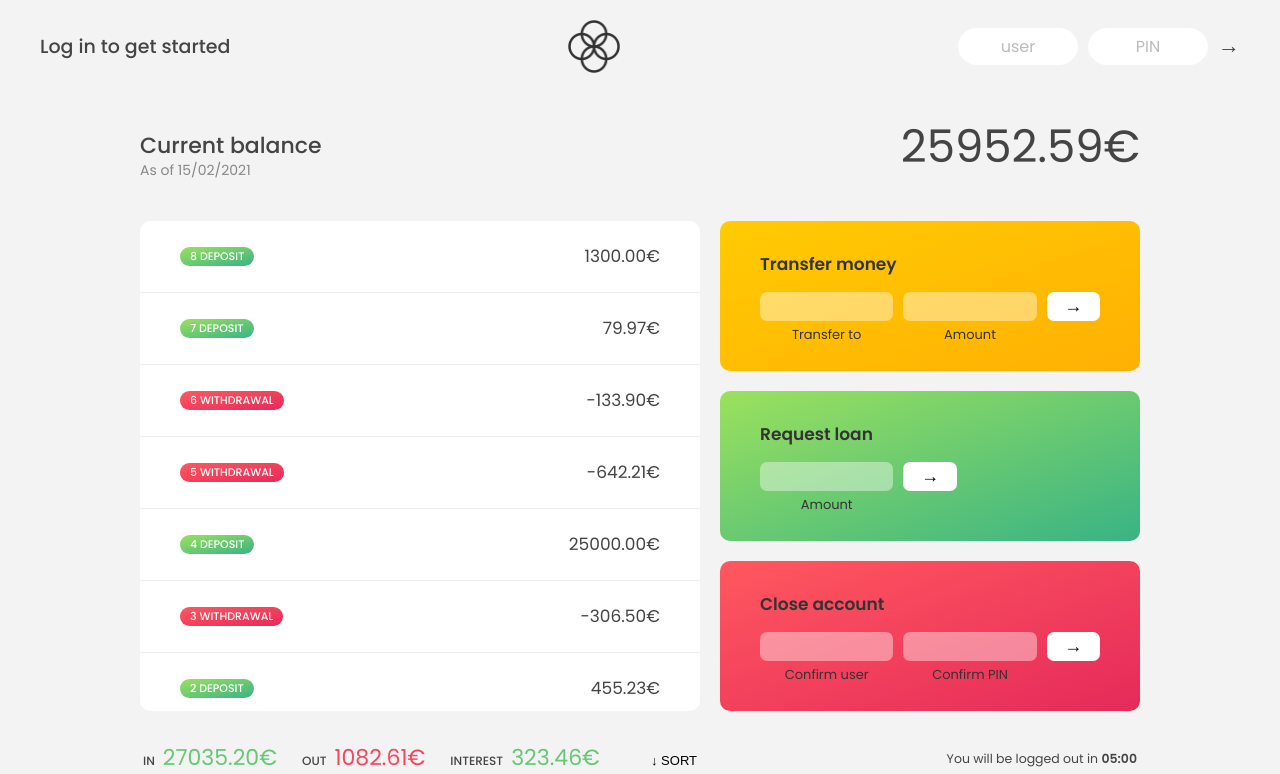
Repository: Samkiroko/Dateas-Number-Timers
Page: starter/index.html
The author's editor kept a copy of each file at every save. The page is drawn from the files as they stood at one save, then again after the next save.
The browser window is 1280 px wide. The pictures show the whole page.
An inner scrolling area shows only its first screen.

Above is the page before, as saved 2021-03-20 08:55:36.

### starter/index.html
<!DOCTYPE html>
<html lang="en">
  <head>
    <meta charset="UTF-8" />
    <meta name="viewport" content="width=device-width, initial-scale=1.0" />
    <meta http-equiv="X-UA-Compatible" content="ie=edge" />
    <link rel="shortcut icon" type="image/png" href="/icon.png" />

    <link
      href="https://fonts.googleapis.com/css?family=Poppins:400,500,600&display=swap"
      rel="stylesheet"
    />

    <link rel="stylesheet" href="style.css" />
    <title>Bankist</title>
  </head>
  <body>
    <!-- TOP NAVIGATION -->
    <nav>
      <p class="welcome">Log in to get started</p>
      <img src="logo.png" alt="Logo" class="logo" />
      <form class="login">
        <input
          type="text"
          placeholder="user"
          class="login__input login__input--user"
        />
        <!-- In practice, use type="password" -->
        <input
          type="text"
          placeholder="PIN"
          maxlength="4"
          class="login__input login__input--pin"
        />
        <button class="login__btn">&rarr;</button>
      </form>
    </nav>

    <main class="app">
      <!-- BALANCE -->
      <div class="balance">
        <div>
          <p class="balance__label">Current balance</p>
          <p class="balance__date">
            As of <span class="date">05/03/2037</span>
          </p>
        </div>
        <p class="balance__value">0000€</p>
      </div>

      <!-- MOVEMENTS -->
      <div class="movements">
        <div class="movements__row">
          <div class="movements__type movements__type--deposit">2 deposit</div>
          <div class="movements__date">3 days ago</div>
          <div class="movements__value">4 000€</div>
        </div>
        <div class="movements__row">
          <div class="movements__type movements__type--withdrawal">
            1 withdrawal
          </div>
          <div class="movements__date">24/01/2037</div>
          <div class="movements__value">-378€</div>
        </div>
      </div>

      <!-- SUMMARY -->
      <div class="summary">
        <p class="summary__label">In</p>
        <p class="summary__value summary__value--in">0000€</p>
        <p class="summary__label">Out</p>
        <p class="summary__value summary__value--out">0000€</p>
        <p class="summary__label">Interest</p>
        <p class="summary__value summary__value--interest">0000€</p>
        <button class="btn--sort">&downarrow; SORT</button>
      </div>

      <!-- OPERATION: TRANSFERS -->
      <div class="operation operation--transfer">
        <h2>Transfer money</h2>
        <form class="form form--transfer">
          <input type="text" class="form__input form__input--to" />
          <input type="number" class="form__input form__input--amount" />
          <button class="form__btn form__btn--transfer">&rarr;</button>
          <label class="form__label">Transfer to</label>
          <label class="form__label">Amount</label>
        </form>
      </div>

      <!-- OPERATION: LOAN -->
      <div class="operation operation--loan">
        <h2>Request loan</h2>
        <form class="form form--loan">
          <input type="number" class="form__input form__input--loan-amount" />
          <button class="form__btn form__btn--loan">&rarr;</button>
          <label class="form__label form__label--loan">Amount</label>
        </form>
      </div>

      <!-- OPERATION: CLOSE -->
      <div class="operation operation--close">
        <h2>Close account</h2>
        <form class="form form--close">
          <input type="text" class="form__input form__input--user" />
          <input
            type="password"
            maxlength="6"
            class="form__input form__input--pin"
          />
          <button class="form__btn form__btn--close">&rarr;</button>
          <label class="form__label">Confirm user</label>
          <label class="form__label">Confirm PIN</label>
        </form>
      </div>

      <!-- LOGOUT TIMER -->
      <p class="logout-timer">
        You will be logged out in <span class="timer">05:00</span>
      </p>
    </main>

    <!-- <footer>
      &copy; by Jonas Schmedtmann. Don't claim as your own :)
    </footer> -->

    <script src="script.js"></script>
  </body>
</html>

### starter/style.css
/*
 * Use this CSS to learn some intersting techniques,
 * in case you're wondering how I built the UI.
 * Have fun! 😁
 */

* {
  margin: 0;
  padding: 0;
  box-sizing: inherit;
}

html {
  font-size: 62.5%;
  box-sizing: border-box;
}

body {
  font-family: 'Poppins', sans-serif;
  color: #444;
  background-color: #f3f3f3;
  height: 100vh;
  padding: 2rem;
}

nav {
  display: flex;
  justify-content: space-between;
  align-items: center;
  padding: 0 2rem;
}

.welcome {
  font-size: 1.9rem;
  font-weight: 500;
}

.logo {
  height: 5.25rem;
}

.login {
  display: flex;
}

.login__input {
  border: none;
  padding: 0.5rem 2rem;
  font-size: 1.6rem;
  font-family: inherit;
  text-align: center;
  width: 12rem;
  border-radius: 10rem;
  margin-right: 1rem;
  color: inherit;
  border: 1px solid #fff;
  transition: all 0.3s;
}

.login__input:focus {
  outline: none;
  border: 1px solid #ccc;
}

.login__input::placeholder {
  color: #bbb;
}

.login__btn {
  border: none;
  background: none;
  font-size: 2.2rem;
  color: inherit;
  cursor: pointer;
  transition: all 0.3s;
}

.login__btn:hover,
.login__btn:focus,
.btn--sort:hover,
.btn--sort:focus {
  outline: none;
  color: #777;
}

/* MAIN */
.app {
  position: relative;
  max-width: 100rem;
  margin: 4rem auto;
  display: grid;
  grid-template-columns: 4fr 3fr;
  grid-template-rows: auto repeat(3, 15rem) auto;
  gap: 2rem;

  /* NOTE This creates the fade in/out anumation */
  opacity: 0;
  transition: all 1s;
}

.balance {
  grid-column: 1 / span 2;
  display: flex;
  align-items: flex-end;
  justify-content: space-between;
  margin-bottom: 2rem;
}

.balance__label {
  font-size: 2.2rem;
  font-weight: 500;
  margin-bottom: -0.2rem;
}

.balance__date {
  font-size: 1.4rem;
  color: #888;
}

.balance__value {
  font-size: 4.5rem;
  font-weight: 400;
}

/* MOVEMENTS */
.movements {
  grid-row: 2 / span 3;
  background-color: #fff;
  border-radius: 1rem;
  overflow: scroll;
}

.movements__row {
  padding: 2.25rem 4rem;
  display: flex;
  align-items: center;
  border-bottom: 1px solid #eee;
}

.movements__type {
  font-size: 1.1rem;
  text-transform: uppercase;
  font-weight: 500;
  color: #fff;
  padding: 0.1rem 1rem;
  border-radius: 10rem;
  margin-right: 2rem;
}

.movements__date {
  font-size: 1.1rem;
  text-transform: uppercase;
  font-weight: 500;
  color: #666;
}

.movements__type--deposit {
  background-image: linear-gradient(to top left, #39b385, #9be15d);
}

.movements__type--withdrawal {
  background-image: linear-gradient(to top left, #e52a5a, #ff585f);
}

.movements__value {
  font-size: 1.7rem;
  margin-left: auto;
}

/* SUMMARY */
.summary {
  grid-row: 5 / 6;
  display: flex;
  align-items: baseline;
  padding: 0 0.3rem;
  margin-top: 1rem;
}

.summary__label {
  font-size: 1.2rem;
  font-weight: 500;
  text-transform: uppercase;
  margin-right: 0.8rem;
}

.summary__value {
  font-size: 2.2rem;
  margin-right: 2.5rem;
}

.summary__value--in,
.summary__value--interest {
  color: #66c873;
}

.summary__value--out {
  color: #f5465d;
}

.btn--sort {
  margin-left: auto;
  border: none;
  background: none;
  font-size: 1.3rem;
  font-weight: 500;
  cursor: pointer;
}

/* OPERATIONS */
.operation {
  border-radius: 1rem;
  padding: 3rem 4rem;
  color: #333;
}

.operation--transfer {
  background-image: linear-gradient(to top left, #ffb003, #ffcb03);
}

.operation--loan {
  background-image: linear-gradient(to top left, #39b385, #9be15d);
}

.operation--close {
  background-image: linear-gradient(to top left, #e52a5a, #ff585f);
}

h2 {
  margin-bottom: 1.5rem;
  font-size: 1.7rem;
  font-weight: 600;
  color: #333;
}

.form {
  display: grid;
  grid-template-columns: 2.5fr 2.5fr 1fr;
  grid-template-rows: auto auto;
  gap: 0.4rem 1rem;
}

/* Exceptions for interst */
.form.form--loan {
  grid-template-columns: 2.5fr 1fr 2.5fr;
}
.form__label--loan {
  grid-row: 2;
}
/* End exceptions */

.form__input {
  width: 100%;
  border: none;
  background-color: rgba(255, 255, 255, 0.4);
  font-family: inherit;
  font-size: 1.5rem;
  text-align: center;
  color: #333;
  padding: 0.3rem 1rem;
  border-radius: 0.7rem;
  transition: all 0.3s;
}

.form__input:focus {
  outline: none;
  background-color: rgba(255, 255, 255, 0.6);
}

.form__label {
  font-size: 1.3rem;
  text-align: center;
}

.form__btn {
  border: none;
  border-radius: 0.7rem;
  font-size: 1.8rem;
  background-color: #fff;
  cursor: pointer;
  transition: all 0.3s;
}

.form__btn:focus {
  outline: none;
  background-color: rgba(255, 255, 255, 0.8);
}

.logout-timer {
  padding: 0 0.3rem;
  margin-top: 1.9rem;
  text-align: right;
  font-size: 1.25rem;
}

.timer {
  font-weight: 600;
}

### starter/script.js
'use strict';

/////////////////////////////////////////////////
/////////////////////////////////////////////////
// BANKIST APP

/////////////////////////////////////////////////
// Data

// DIFFERENT DATA! Contains movement dates, currency and locale

const account1 = {
  owner: 'Jonas Schmedtmann',
  movements: [200, 455.23, -306.5, 25000, -642.21, -133.9, 79.97, 1300],
  interestRate: 1.2, // %
  pin: 1111,

  movementsDates: [
    '2019-11-18T21:31:17.178Z',
    '2019-12-23T07:42:02.383Z',
    '2020-01-28T09:15:04.904Z',
    '2020-04-01T10:17:24.185Z',
    '2020-05-08T14:11:59.604Z',
    '2020-05-27T17:01:17.194Z',
    '2020-07-11T23:36:17.929Z',
    '2020-07-12T10:51:36.790Z',
  ],
  currency: 'EUR',
  locale: 'pt-PT', // de-DE
};

const account2 = {
  owner: 'Jessica Davis',
  movements: [5000, 3400, -150, -790, -3210, -1000, 8500, -30],
  interestRate: 1.5,
  pin: 2222,

  movementsDates: [
    '2019-11-01T13:15:33.035Z',
    '2019-11-30T09:48:16.867Z',
    '2019-12-25T06:04:23.907Z',
    '2020-01-25T14:18:46.235Z',
    '2020-02-05T16:33:06.386Z',
    '2020-04-10T14:43:26.374Z',
    '2020-06-25T18:49:59.371Z',
    '2020-07-26T12:01:20.894Z',
  ],
  currency: 'USD',
  locale: 'en-US',
};

const accounts = [account1, account2];

/////////////////////////////////////////////////
// Elements
const labelWelcome = document.querySelector('.welcome');
const labelDate = document.querySelector('.date');
const labelBalance = document.querySelector('.balance__value');
const labelSumIn = document.querySelector('.summary__value--in');
const labelSumOut = document.querySelector('.summary__value--out');
const labelSumInterest = document.querySelector('.summary__value--interest');
const labelTimer = document.querySelector('.timer');

const containerApp = document.querySelector('.app');
const containerMovements = document.querySelector('.movements');

const btnLogin = document.querySelector('.login__btn');
const btnTransfer = document.querySelector('.form__btn--transfer');
const btnLoan = document.querySelector('.form__btn--loan');
const btnClose = document.querySelector('.form__btn--close');
const btnSort = document.querySelector('.btn--sort');

const inputLoginUsername = document.querySelector('.login__input--user');
const inputLoginPin = document.querySelector('.login__input--pin');
const inputTransferTo = document.querySelector('.form__input--to');
const inputTransferAmount = document.querySelector('.form__input--amount');
const inputLoanAmount = document.querySelector('.form__input--loan-amount');
const inputCloseUsername = document.querySelector('.form__input--user');
const inputClosePin = document.querySelector('.form__input--pin');

/////////////////////////////////////////////////
// Functions

const displayMovements = function (acc, sort = false) {
  containerMovements.innerHTML = '';

  const movs = sort
    ? acc.movements.slice().sort((a, b) => a - b)
    : acc.movements;

  movs.forEach(function (mov, i) {
    const type = mov > 0 ? 'deposit' : 'withdrawal';

    const html = `
      <div class="movements__row">
        <div class="movements__type movements__type--${type}">${
      i + 1
    } ${type}</div>
        <div class="movements__value">${mov.toFixed(2)}€</div>
      </div>
    `;

    containerMovements.insertAdjacentHTML('afterbegin', html);
  });
};

const calcDisplayBalance = function (acc) {
  acc.balance = acc.movements.reduce((acc, mov) => acc + mov, 0);
  labelBalance.textContent = `${acc.balance.toFixed(2)}€`;
};

const calcDisplaySummary = function (acc) {
  const incomes = acc.movements
    .filter(mov => mov > 0)
    .reduce((acc, mov) => acc + mov, 0);
  labelSumIn.textContent = `${incomes.toFixed(2)}€`;

  const out = acc.movements
    .filter(mov => mov < 0)
    .reduce((acc, mov) => acc + mov, 0);
  labelSumOut.textContent = `${Math.abs(out).toFixed(2)}€`;

  const interest = acc.movements
    .filter(mov => mov > 0)
    .map(deposit => (deposit * acc.interestRate) / 100)
    .filter((int, i, arr) => {
      // console.log(arr);
      return int >= 1;
    })
    .reduce((acc, int) => acc + int, 0);
  labelSumInterest.textContent = `${interest.toFixed(2)}€`;
};

const createUsernames = function (accs) {
  accs.forEach(function (acc) {
    acc.username = acc.owner
      .toLowerCase()
      .split(' ')
      .map(name => name[0])
      .join('');
  });
};
createUsernames(accounts);

const updateUI = function (acc) {
  // Display movements
  displayMovements(acc);

  // Display balance
  calcDisplayBalance(acc);

  // Display summary
  calcDisplaySummary(acc);
};

///////////////////////////////////////
// Event handlers
let currentAccount;

// fake always logged
currentAccount = account1;
updateUI(currentAccount);
containerApp.style.opacity = 100;

const now = new Date();
const day = `${now.getDate()}`.padStart(2, 0);
const month = `${now.getMonth() + 1}`.padStart(2, 0);
const year = now.getFullYear();
const hour = now.getHours();
const min = now.getMinutes();
labelDate.textContent = `${day}/${month}/${year}`;

btnLogin.addEventListener('click', function (e) {
  // Prevent form from submitting
  e.preventDefault();

  currentAccount = accounts.find(
    acc => acc.username === inputLoginUsername.value
  );
  console.log(currentAccount);

  if (currentAccount?.pin === +inputLoginPin.value) {
    // Display UI and message
    labelWelcome.textContent = `Welcome back, ${
      currentAccount.owner.split(' ')[0]
    }`;
    containerApp.style.opacity = 100;

    // Clear input fields
    inputLoginUsername.value = inputLoginPin.value = '';
    inputLoginPin.blur();

    // Update UI
    updateUI(currentAccount);
  }
});

btnTransfer.addEventListener('click', function (e) {
  e.preventDefault();
  const amount = +inputTransferAmount.value;
  const receiverAcc = accounts.find(
    acc => acc.username === inputTransferTo.value
  );
  inputTransferAmount.value = inputTransferTo.value = '';

  if (
    amount > 0 &&
    receiverAcc &&
    currentAccount.balance >= amount &&
    receiverAcc?.username !== currentAccount.username
  ) {
    // Doing the transfer
    currentAccount.movements.push(-amount);
    receiverAcc.movements.push(amount);

    // Update UI
    updateUI(currentAccount);
  }
});

btnLoan.addEventListener('click', function (e) {
  e.preventDefault();

  const amount = Math.floor(inputLoanAmount.value);

  if (amount > 0 && currentAccount.movements.some(mov => mov >= amount * 0.1)) {
    // Add movement
    currentAccount.movements.push(amount);

    // Update UI
    updateUI(currentAccount);
  }
  inputLoanAmount.value = '';
});

btnClose.addEventListener('click', function (e) {
  e.preventDefault();

  if (
    inputCloseUsername.value === currentAccount.username &&
    +inputClosePin.value === currentAccount.pin
  ) {
    const index = accounts.findIndex(
      acc => acc.username === currentAccount.username
    );
    console.log(index);
    // .indexOf(23)

    // Delete account
    accounts.splice(index, 1);

    // Hide UI
    containerApp.style.opacity = 0;
  }

  inputCloseUsername.value = inputClosePin.value = '';
});

let sorted = false;
btnSort.addEventListener('click', function (e) {
  e.preventDefault();
  displayMovements(currentAccount.movements, !sorted);
  sorted = !sorted;
});

/////////////////////////////////////////////////
/////////////////////////////////////////////////
// LECTURES
// console.log(23 === 23.0);
// console.log(0.1 + 0.2);
// console.log(Number('23'));
// console.log(+'23');

// //  parsing
// console.log(Number.parseInt('30px', 10));

// console.log(Number.parseFloat('2.5rem'));
// console.log(Number.parseInt('2.5rem'));

// console.log(Number.isFinite('20'));

// // Math and Rounding off
// console.log(Math.sqrt(25));
// console.log(Math.max(5, 3, 7, 5, 3, 5, 3));
// console.log(Math.min(5, 3, 7, 5, 3, 5, 3));

// console.log(Math.PI * Number.parseFloat('10px') ** 2);

// console.log(Math.trunc(Math.random() * 6) + 1);

// const ramdomInt = (min, max) =>
//   Math.floor(Math.random() * (max - min) + 1) + min;

// console.log(ramdomInt(10, 20));

// //  Rounding integers
// console.log(Math.trunc(23.3));
// console.log(Math.ceil(23.3));
// console.log(Math.floor(23.3));

// // Rounding decimals
// console.log((2.7).toFixed(0));
// console.log((2.7).toFixed(3));
// console.log((2.7).toFixed(2));

// //  reminder operator
// console.log(5 % 2); //reminder 1

// //  check even or odd
// const isEven = n => n % 2 === 0;

// console.log(isEven(2));
// console.log(isEven(111));

// labelBalance.addEventListener('click', function () {
//   [...document.querySelectorAll('.movements__row')].forEach(function (row, i) {
//     if (i % 2 === 0) row.style.backgroundColor = 'aqua';
//     if (i % 3 === 0) row.style.backgroundColor = 'purple';
//   });
// });

// // nth choosing use the reminder
// // big inti
// console.log(2 ** 53 - 1);
// console.log(Number.Max_SAFE_INTEGER);
// console.log(565633565766766767676574n);
// console.log(BigInt(45466565656565464));

// console.log(1000n * 10000n);

// create a date
// const now = new Date();
// console.log(now);

// console.log(new Date('December 24, 2015'));

// console.log(new Date(account1.movementsDates[0]));

// console.log(new Date(2037, 10, 19, 15, 23, 5));
// console.log(new Date(0));
// console.log(new Date(3 * 24 * 60 * 60 * 1000));

const future = new Date(2037, 10, 19, 15, 10);
console.log(future);
console.log(future.getFullYear());
console.log(future.getMonth());
console.log(future.getDate());
console.log(future.getDay());
console.log(future.getMinutes());
console.log(future.toISOString());
console.log(future.getTime());

console.log(Date.now());
future.setFullYear(2040);
console.log(future);

After the next save:
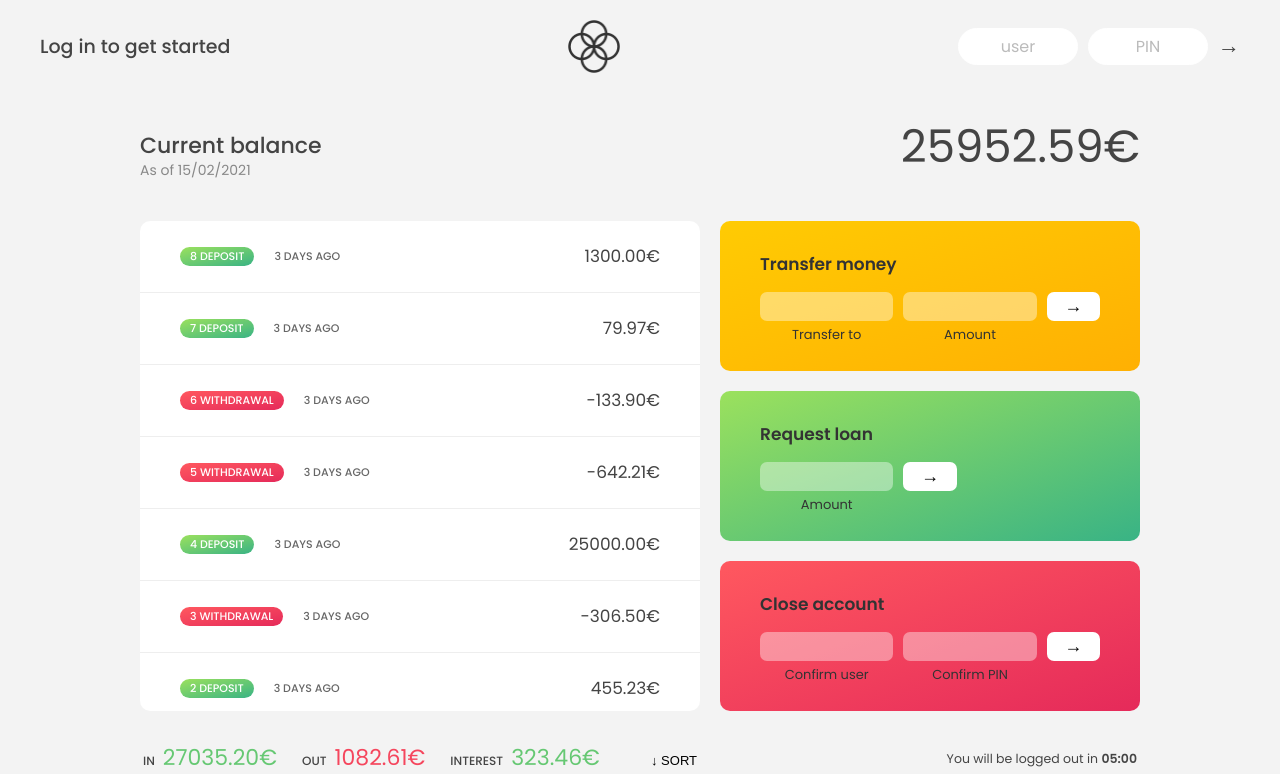
Saved 63 s later.
--- a/starter/script.js
+++ b/starter/script.js
@@ -96,6 +96,7 @@
         <div class="movements__type movements__type--${type}">${
       i + 1
     } ${type}</div>
+     <div class="movements__date">3 days ago</div>
         <div class="movements__value">${mov.toFixed(2)}€</div>
       </div>
     `;
